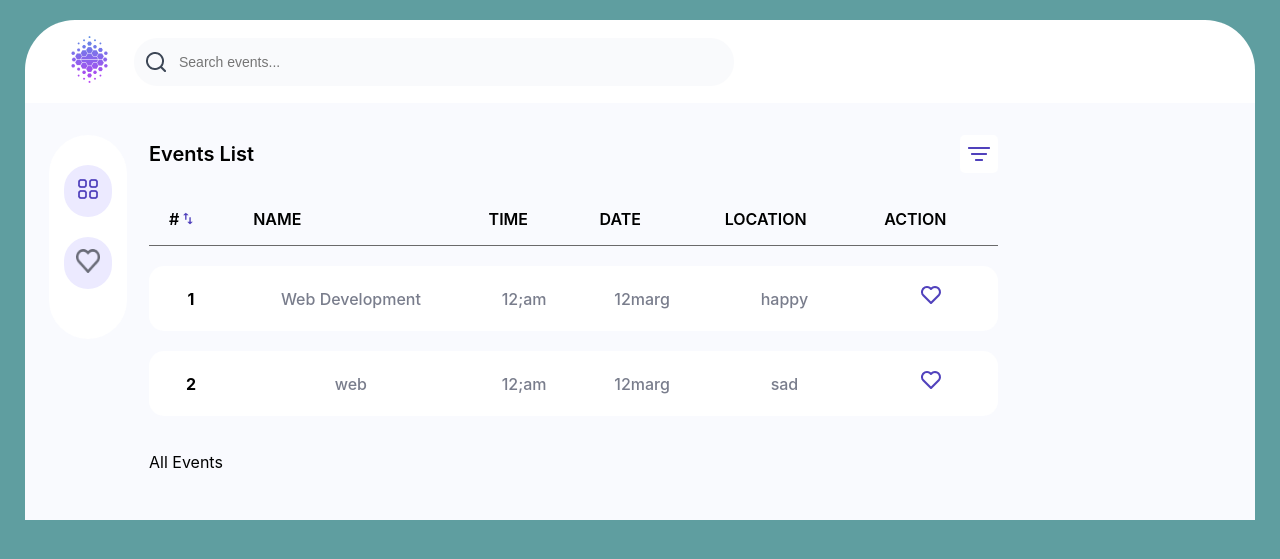
Repository: ahmadunitedsol710/react-dashboard
Page: /
The author's editor kept a copy of each file at every save. The page is drawn from the files as they stood at one save, then again after a run of saves.
The browser window is 1280 px wide. The pictures show the whole page.
The project was rebuilt for these pictures with package versions that can differ from the ones it lists, and the page was loaded fresh each time.

Above is the page before, as saved 2024-07-30 11:36:48.

After the next 2 saves:
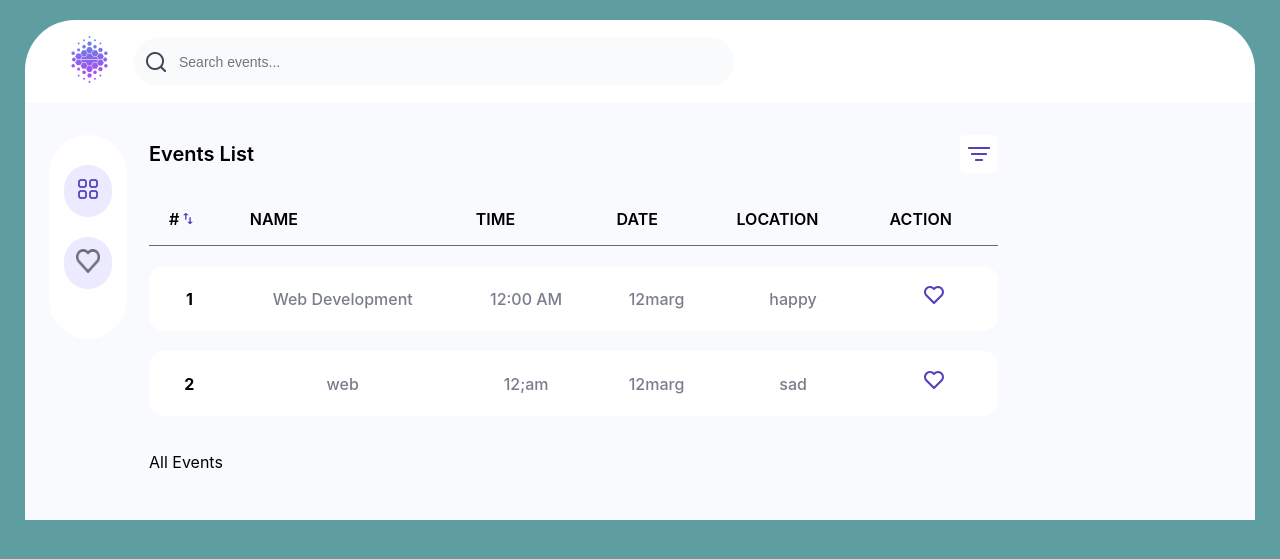
The 2 saves are shown as one change because they came seconds apart.
The last was saved 7 s later.
--- a/src/Components/Body/eventlist.js
+++ b/src/Components/Body/eventlist.js
@@ -8,7 +8,7 @@ const Eventlist = () => {
        const tabledata = [
 
 
-    {id:1,name:"Web Development",time:'12;am',date:"12marg",location:"happy"},
+    {id:1,name:"Web Development",time:'12:00 AM',date:"12marg",location:"happy"},
     {id:2,name:"web",time:'12;am',date:"12marg",location:"sad"}
        ]
     return (
